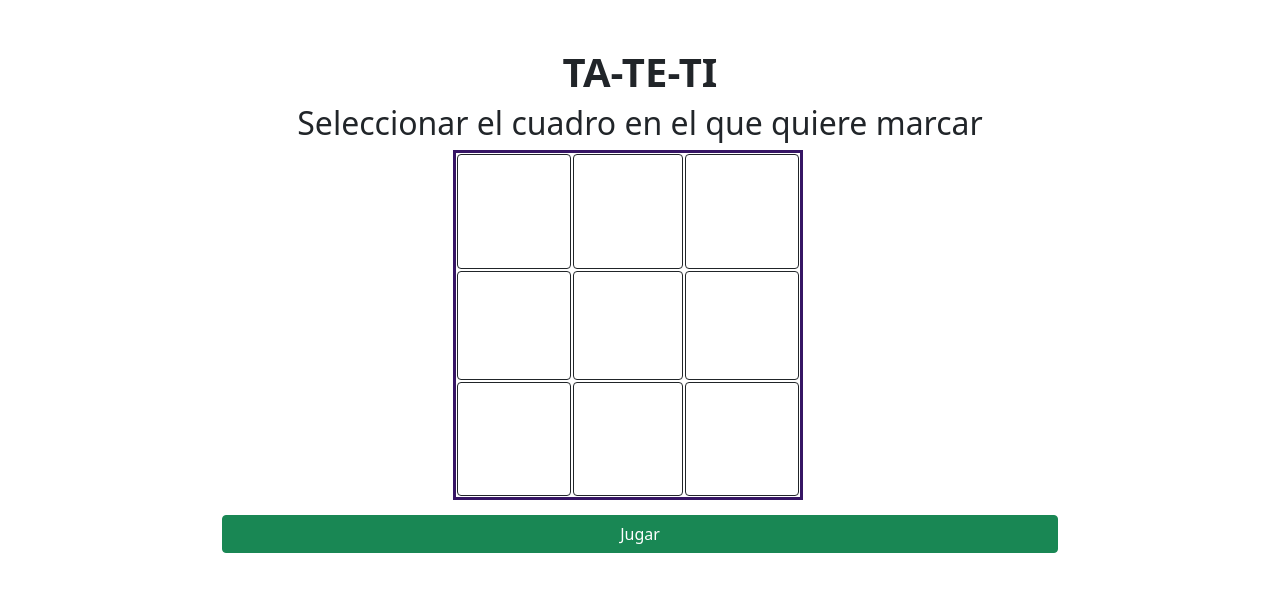
Repository: Lean97-start/TATETI
Page: Tateti.html
The author's editor kept a copy of each file at every save. The page is drawn from the files as they stood at one save, then again after the next save.
The browser window is 1280 px wide. The pictures show the whole page.

Above is the page before, as saved 2021-07-11 23:20:08.
Console error: SyntaxError: Unexpected token ')'

### Tateti.html
<!DOCTYPE html>
<html lang="en">
<head>
    <meta charset="UTF-8">
    <link rel="stylesheet" type="text/css" href="Tateti.css">
    <link rel="stylesheet" href="Tateti.js">
    <link rel="stylesheet" type="text/css" href="https://necolas.github.io/normalize.css/8.0.1/normalize.css">
    <title>TATETI</title>
    <link href="https://cdn.jsdelivr.net/npm/bootstrap@5.0.2/dist/css/bootstrap.min.css" rel="stylesheet" integrity="sha384-EVSTQN3/azprG1Anm3QDgpJLIm9Nao0Yz1ztcQTwFspd3yD65VohhpuuCOmLASjC" crossorigin="anonymous">
</head>
<body>
    <div class="container mt-5">
        <H1 class="fw-bold text-center">TA-TE-TI</H1>
        <H2 class="fw-normal text-center">Seleccionar el cuadro en el que quiere marcar</H2>

            <div class="row w-100 h-100 bg-white text-center my-1">
                <table class="border-3 text-center" id="cuadro">
                    <tr>
                        <td><button class="btn border-dark w-100 h-100" id="11"></button></td>
                        <td><button class="btn border-dark w-100 h-100" id="21"></button></td>
                        <td><button class="btn border-dark w-100 h-100" id="31"></button></td>
                    </tr>
                    <tr>
                        <td><button class="btn border-dark w-100 h-100" id="12"></button></td>
                        <td><button class="btn border-dark w-100 h-100" id="22"></button></td>
                        <td><button class="btn border-dark w-100 h-100" id="32"></button></td>
                    </tr>
                    <tr>
                        <td><button class="btn border-dark w-100 h-100" id="13"></button></td>
                        <td><button class="btn border-dark w-100 h-100" id="23"></button></td>
                        <td><button class="btn border-dark w-100 h-100" id="33"></button></td>
                    </tr>
                </table>
            </div>
            <div class=" row row-cols-1">
                <div class="btn ">
                    <button type="button" class="btn btn-success my-1 w-75" id="btn-jugar">Jugar</button>
                </div>
            </div>

        </div>
    <script src="Tateti.js"></script>
    <script src="https://cdn.jsdelivr.net/npm/bootstrap@5.0.2/dist/js/bootstrap.bundle.min.js" integrity="sha384-MrcW6ZMFYlzcLA8Nl+NtUVF0sA7MsXsP1UyJoMp4YLEuNSfAP+JcXn/tWtIaxVXM" crossorigin="anonymous"></script>
</body>
</html>

### Tateti.css
h1{
    font-size: 55px;
    text-align: center;
}
h2{
    font-size: 30px;
    text-align: center;
}
#cuadro{
    border: 1px rgb(54, 21, 100) solid;
    background: white;
    position: static;
    height: 350px;
    width: 350px;
    margin: auto;


}
.entradas{
    text-align: center;
    font-family: Arial, Helvetica, sans-serif;
    font-size: 60px;
    height: 80px;
    width: 80px;
    box-sizing: border-box;

}

### Tateti.js
let var1, var2, var3,var4, var5,var6 = undefined
function mostrar(){
    let prueba = document.getElementById('v1');
    alert(prueba);
}
function jugarTurno (){
    if(){

    }
    else if (var1 != undefined || var2 != undefined || var3 != undefined ||var4 != undefined ||var5 != undefined || var6 != undefined ){

    }


}

After the next save:
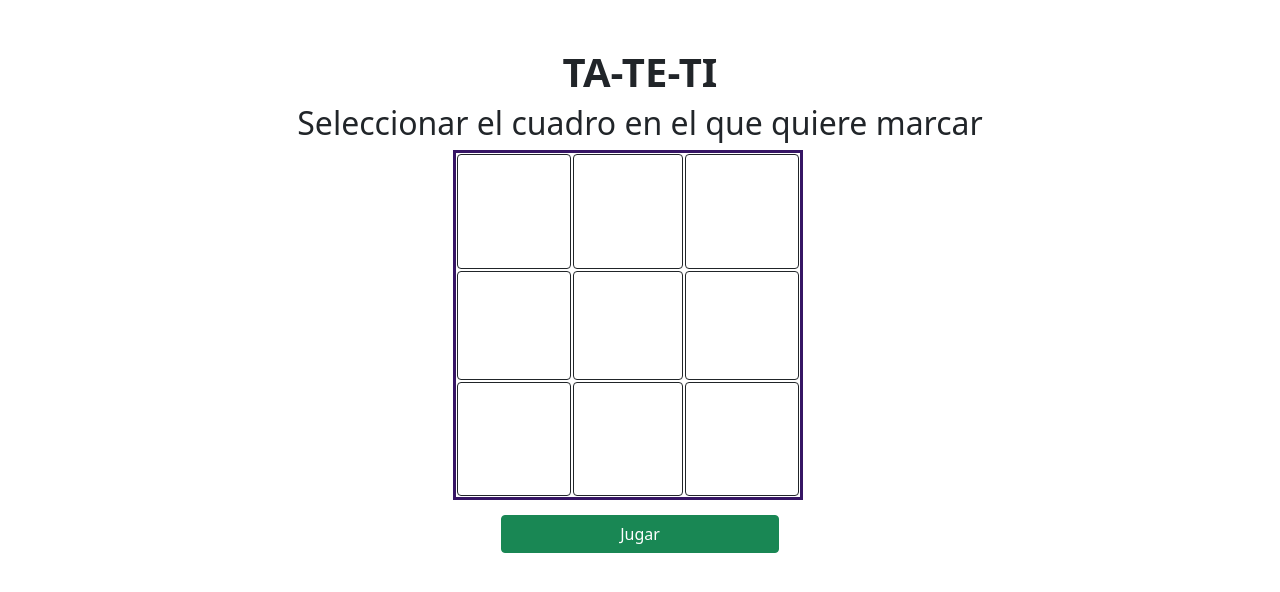
Saved 9 s later.
--- a/Tateti.html
+++ b/Tateti.html
@@ -34,7 +34,7 @@
             </div>
             <div class=" row row-cols-1">
                 <div class="btn ">
-                    <button type="button" class="btn btn-success my-1 w-75" id="btn-jugar">Jugar</button>
+                    <button type="button" class="btn btn-success my-1 w-25" id="btn-jugar">Jugar</button>
                 </div>
             </div>
 
